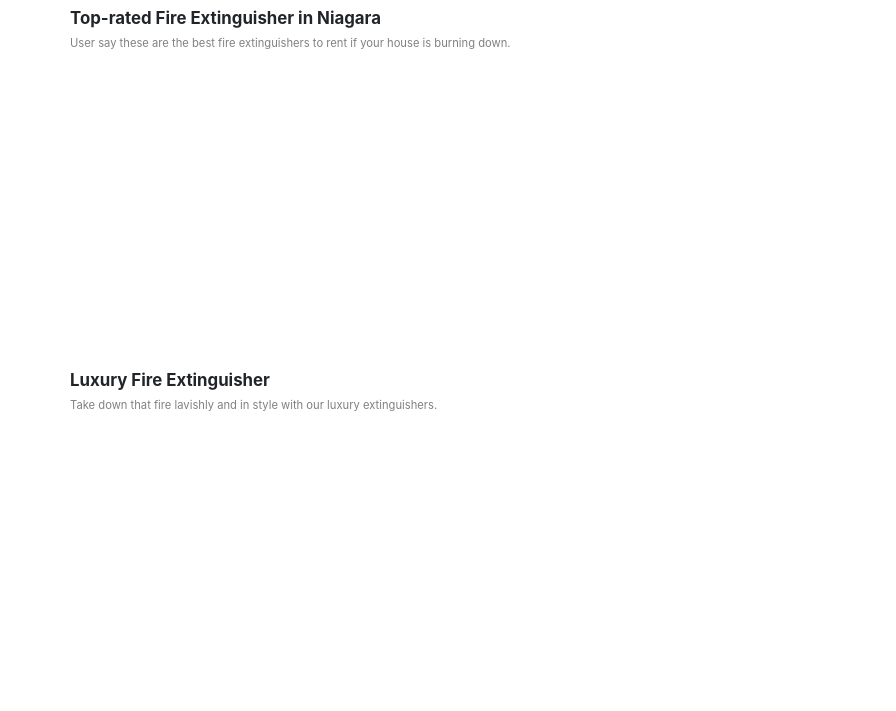
Repository: tomas938/Nuxt-crash-app
Page: /
An editor plug-in stored every save of this project. The page is shown before and after a run of saves, followed by the edit.
The browser window is 1280 px wide. The pictures show the part of the page from y = 651 to 2571 px (the page is 1666 px tall before and 3266 px after), at 70% of full size.
The project was rebuilt for these pictures with package versions that can differ from the ones it lists, and the page was loaded fresh each time. The framework's server and built-in components were replaced by stand-ins that run in the browser. Also part of the build but not shown: nuxt.config.js.

Above is the page before, as saved 2021-08-29 12:30:39.

### components/Hero.vue
<template>
  <div class="Hero container">
    <div class="text-container">
      <h1 class="header">Find your Fire Extinguisher</h1>
      <p class="snippet">
        Lorem ipsum dolor sit amet, consectetur adipisicing elit. Iste iusto
        illum quidem asperiores, cum nisi aperiam eius ipsa sapiente odit!
      </p>
      <button class="button btn">Start Looking</button>
    </div>
    <img src="../assets/fire-extinguisher.svg" alt="" class="image" />
  </div>
</template>

<script>
export default {}
</script>

<style scoped>
.Hero {
  position: relative;
  display: flex;
  padding: 5rem 0;
  align-items: flex-start;
  justify-content: space-between;
}
.text-container {
  width: 50%;
  margin-top: 4rem;
}
.header {
  font-weight: 900;
  font-size: 5rem;
}
.snippet {
  color: grey;
  font-size: 1.25rem;
}
.image {
  width: 27.5rem;
  margin-top: 2rem;
}
.overlay {
  background: rgba(0, 0, 0, 0);
  position: absolute;
  width: 100%;
  height: 100%;
  top: 0;
}
.button {
  padding: 1rem 4rem;
  border-radius: 100rem;
  background-color: rgb(231, 81, 43);
  color: white;
  width: 20rem;
  font-weight: 700;
  transition: 0.5s;
}
.button:hover {
  width: 21.5rem;
}
@media (max-width: 500px) {
  .Hero {
    height: 40vh;
  }
}
</style>

### components/LargeCard.vue
<template>
  <div class="card">
    <img src="" alt="" class="image" />
    <h3 class="header"></h3>
    <p class="snippet"></p>
  </div>
</template>

<script>
export default {}
</script>

<style scoped>
.card {
  width: 31.5%;
  height: 25rem;
  border: none;
  overflow: hidden;
  padding: 0;
  cursor: pointer;
}
.image {
  height: 65%;
  border-radius: 0.5rem;
}
.header {
  font-size: 1.15rem;
  margin-top: 0.4rem;
}
.snippet {
  color: grey;
}
</style>

### components/LargeCardDisplay.vue
<template>
  <div class="container">
    <h4 class="header">
      {{ cardSection.title }}
    </h4>
    <p class="snippet">
      {{ cardSection.snippet }}
    </p>
    <div class="card-container">
      <LargeCard></LargeCard>
    </div>
  </div>
</template>

<script>
export default {
  props: ['cardSection'],
}
</script>

<style scoped>
.container {
  margin-top: 2rem;
}
.header {
  font-weight: 700;
  font-size: 1.5rem;
}
.snippet {
  color: grey;
  margin-bottom: 1.5rem;
}
.cards-container {
  display: flex;
  justify-content: space-between;
}
</style>

### pages/index.vue
<template>
  <div class="container">
    <Hero></Hero>
    <LargeCardDisplay
      v-for="cardInfo in largeCardInfo"
      :key="cardInfo.id"
      :cardSection="cardInfo"
    ></LargeCardDisplay>
  </div>
</template>

<script>
import { largeCardSections } from '../assets/data'
export default {
  data() {
    return {
      largeCardInfo: largeCardSections,
    }
  },
}
</script>

### assets/data.js
export const largeCardSections = [
  {
    id: 1,
    title: 'Top-rated Fire Extinguisher in Niagara',
    snippet:
      'User say these are the best fire extinguishers to rent if your house is burning down.',
    cards: [
      {
        id: 19,
        title: "Toronto's Portable 2L Fire Extinguisher",
        snippet:
          'This fire extinguisher saved homes from completely burning down. People that used it only had 98% of their homes burned down.',
        image: 'fe1.jpg',
      },
      {
        id: 20,
        title: 'Empty Super Red Fire Extinguisher',
        snippet:
          "This is one of the most red fire extinguishers you will ever see. Super clean. It's pretty much useless otherwise.",
        image: 'fe2.jpg',
      },
      {
        id: 21,
        title: 'Fire Extinguisher, Perfect for Pools',
        snippet:
          'If you ever find that your pool is on fire then this is the fire extinguisher for you. It has a 100% success rate.',
        image: 'fe3.jpg',
      },
    ],
  },
  {
    id: 2,
    title: 'Luxury Fire Extinguisher',
    snippet:
      'Take down that fire lavishly and in style with our luxury extinguishers.',
    cards: [
      {
        id: 22,
        title: 'Vintage 1864 Fire Extinguisher',
        snippet:
          "This is hands down the worst fire extinguisher you can use in a crisis. The radiation will kill you if the fire doesn't",
        image: 'fe4.png',
      },
      {
        id: 23,
        title: 'Pure Silver & Gold Fire Extinguisher',
        snippet:
          'This one is made out of 50k worth of pure silver and white gold. The metal choice was a poor for functionality, but was great for style!',
        image: 'fe5.png',
      },
      {
        id: 24,
        title: 'Two in One Fire Extinguisher',
        snippet:
          "This is the first ever two in one fire extinguisher. Good if both you and your friend's houses are burining down",
        image: 'fe6.jpg',
      },
    ],
  },
]

After the next 2 saves:
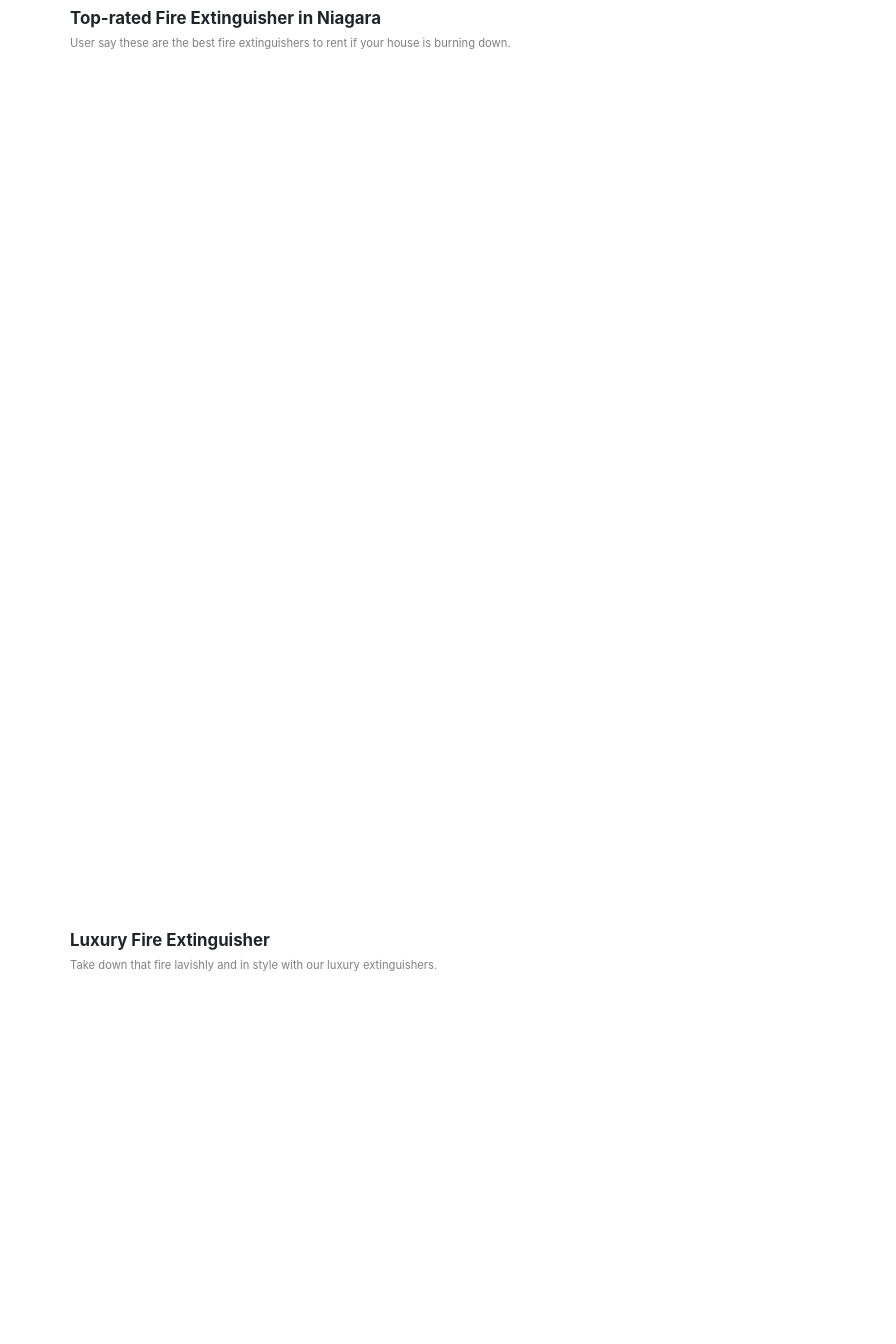
The 2 saves are shown as one change because 1 did not build or start.
The last was saved 37 s later.
--- a/components/LargeCardDisplay.vue
+++ b/components/LargeCardDisplay.vue
@@ -7,7 +7,7 @@
       {{ cardSection.snippet }}
     </p>
     <div class="card-container">
-      <LargeCard></LargeCard>
+      <LargeCard v-for="card in cardSection.cards"></LargeCard>
     </div>
   </div>
 </template>
